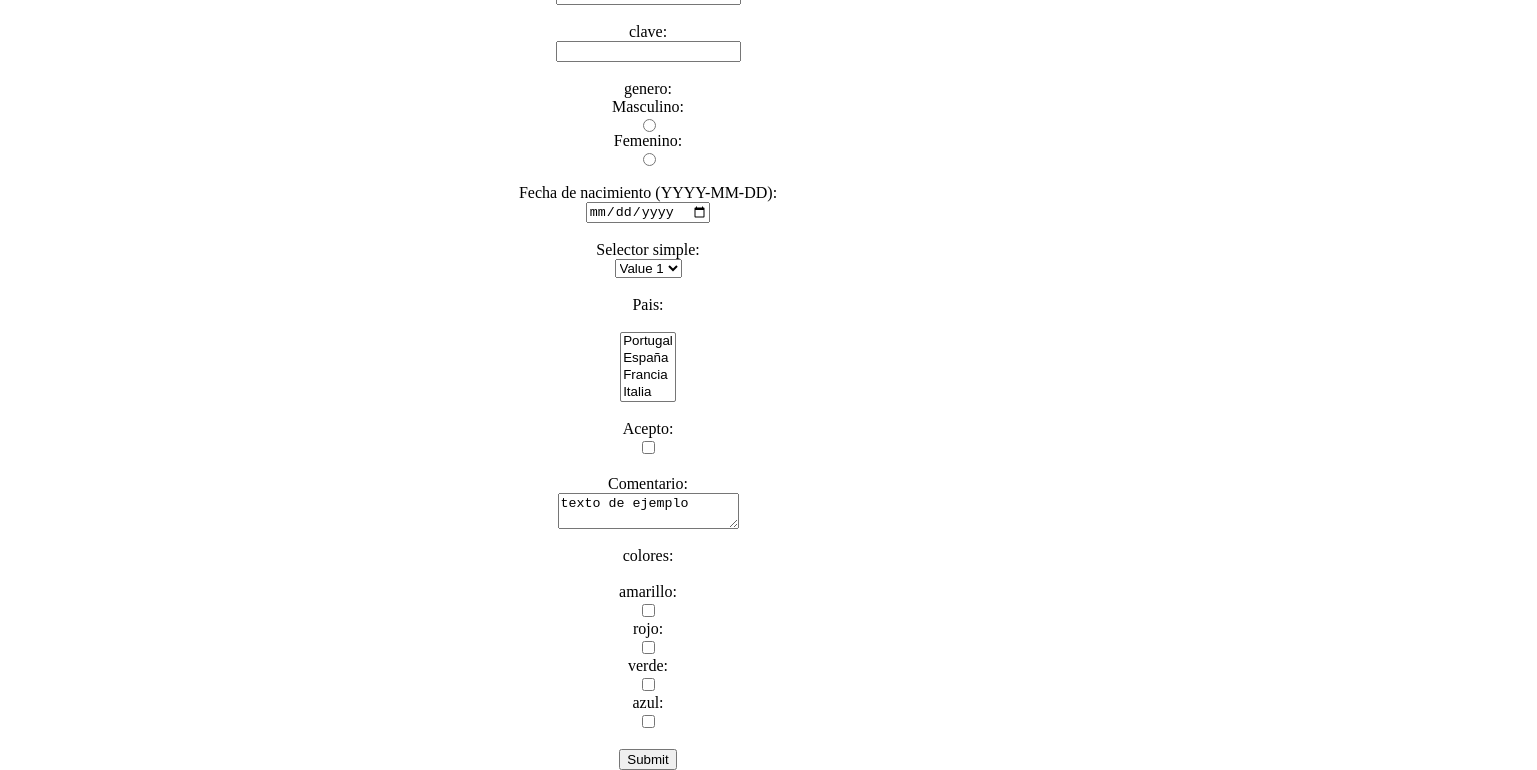
Repository: alvaroteja/ServidorJava
Page: http://localhost/11-EchoParametrosConArchivoJSP/formulario.jsp
The author's editor kept a copy of each file at every save. The page is drawn from the files as they stood at one save, then again after the next save.
The browser window is 1280 px wide. The page is 1288 px wide, then 1537 px, so the pictures cover 1537 px, including what lies to the right of the window. The pictures show the whole page.
The page is served by Tomcat 10. Other server files are loaded and not shown.

Above is the page before, as saved 2023-01-23 09:08:08.

### 11-EchoParametrosConArchivoJSP/src/main/webapp/formulario.jsp
<%@ page language="java" contentType="text/html; charset=ISO-8859-1"
	pageEncoding="ISO-8859-1"%>
<!DOCTYPE html>
<html>
<head>
<meta charset="ISO-8859-1">
<title>Insert title here</title>
<style>
body {
	width: 100vw;
	height: 100vh;
	display: flex;
	align-items: center;
	justify-content: center;
}
form{
	display: flex;
	flex-direction: column;
	align-items: center;
	justify-content: center;
}
</style>
</head>
<body>
	<form action="formularioServlet" method="post">
		<label>Nombre:</label> <input type="text" name="nombre"> <br />
		<label>clave:</label> <input type="password" name="calve"> <br />
		<label>genero:</label><label>Masculino:</label> <input type="radio"
			name="genero" value="masculino"> <label>Femenino:</label> <input
			type="radio" name="genero" value="femenino"> <br /> <label>Fecha
			de nacimiento (YYYY-MM-DD):</label> <input type="date" name="FechaNacimiento">
		<br /> <label>Selector simple:</label> <select name="selectorSimple">
			<option value="value1">Value 1</option>
			<option value="value2">Value 2</option>
			<option value="value3">Value 3</option>
		</select> <br /> <label>Pais:</label><br /> <select name="pais" id="pais"
			multiple>
			<option value="Portugal">Portugal</option>
			<option value="Espana">España</option>
			<option value="Francia">Francia</option>
			<option value="Italia">Italia</option>
		</select> <br /> <label>Acepto:</label> <input type="checkbox" name="acepto">
		<br /> <label>Comentario:</label>
		<textarea name="comentario">texto de ejemplo</textarea>
		<input type="hidden" name="custId" value="aa"> <input
			type="hidden" name="custId" value="aaaa"> <br /> <label>colores:</label>
		<br /> <label>amarillo:</label> <input type="checkbox" name="colores"
			value="amarillo"> <label>rojo:</label> <input type="checkbox"
			name="colores" value="rojo"> <label>verde:</label> <input
			type="checkbox" name="colores" value="verde"> <label>azul:</label>
		<input type="checkbox" name="colores" value="azul"> <br /> <input
			type="submit">
	</form>
</body>
</html>

After the next save:
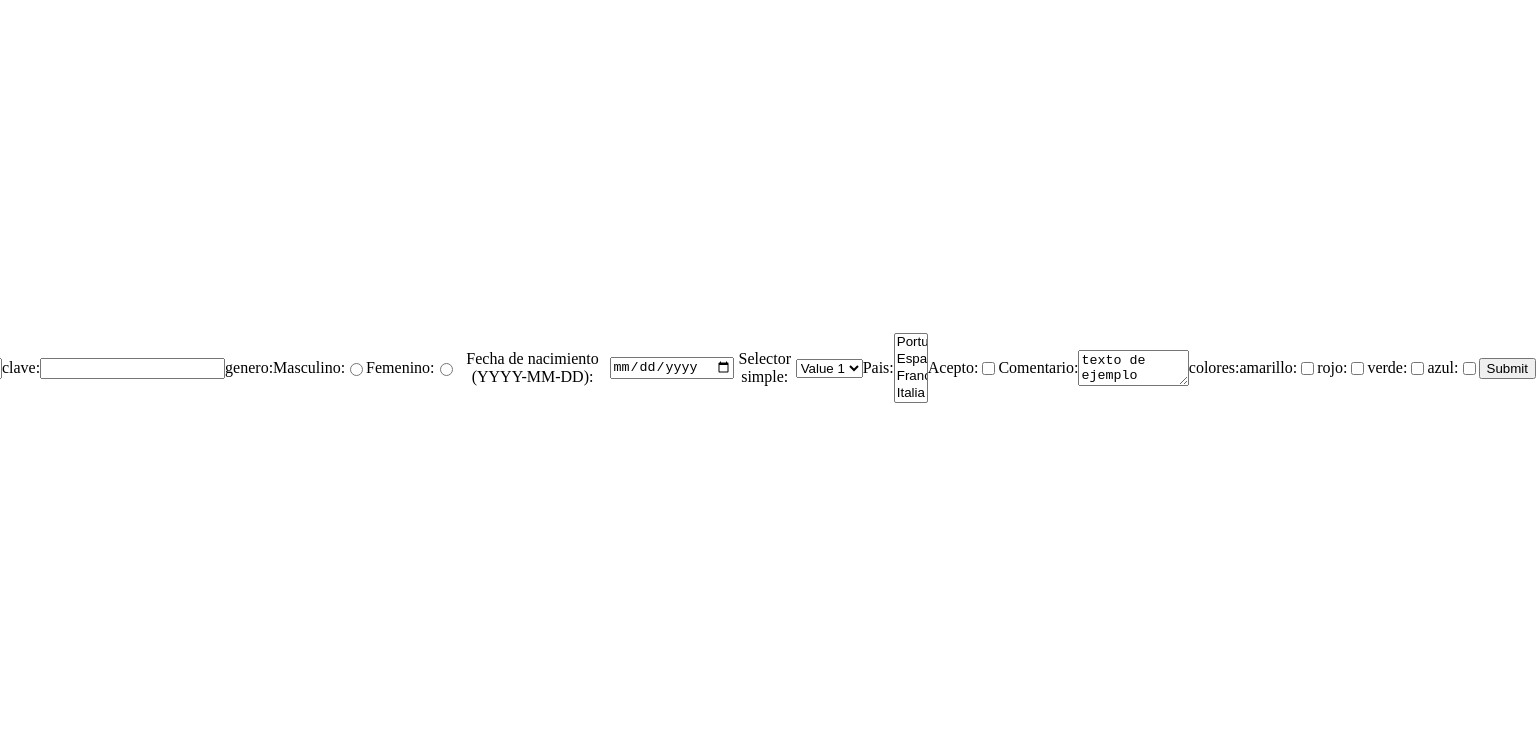
Saved 39 s later.
--- a/11-EchoParametrosConArchivoJSP/src/main/webapp/formulario.jsp
+++ b/11-EchoParametrosConArchivoJSP/src/main/webapp/formulario.jsp
@@ -15,7 +15,7 @@ body {
 }
 form{
 	display: flex;
-	flex-direction: column;
+	text-align: center;
 	align-items: center;
 	justify-content: center;
 }
